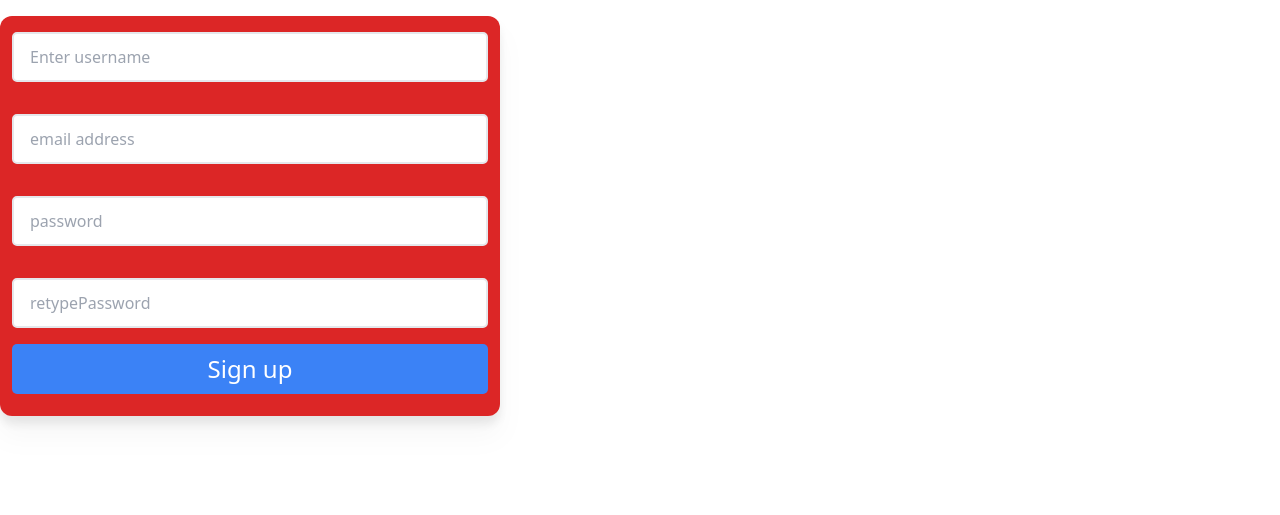
Repository: miraclesamson/e-commerce
Page: /
An editor plug-in stored every save of this project. The page is shown before and after the next save, followed by the edit.
The browser window is 1280 px wide. The pictures show the whole page.
The page's requests for data from a server got no answer. Some web libraries are served in a nearby version. The project was rebuilt for these pictures with package versions that can differ from the ones it lists, and the page was loaded fresh each time. No one was signed in, and anything a server would have sent is missing.

Above is the page before, as saved 2022-09-04 07:27:16.

After the next save:
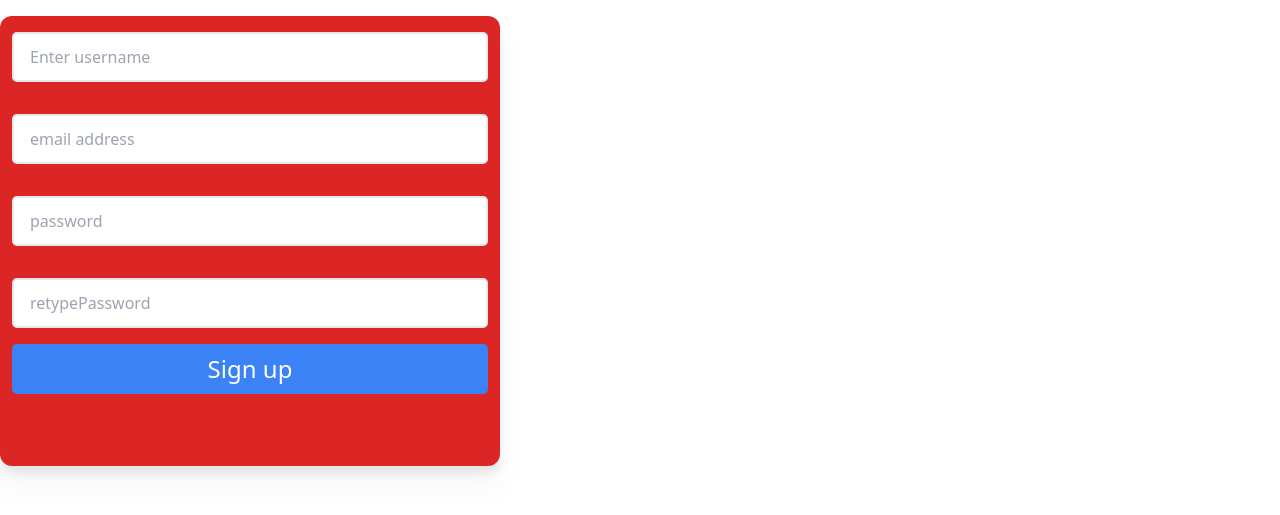
Saved 20 s later.
--- a/src/pages/Signup.jsx
+++ b/src/pages/Signup.jsx
@@ -63,7 +63,7 @@ function Signup() {
   });
 
   return (
-    <div className="bg-red-600 w-[500px] h-[400px] drop-shadow-xl rounded-xl px-3">
+    <div className="bg-red-600 w-[500px] h-[450px] drop-shadow-xl rounded-xl px-3">
       <form onSubmit={formik.handleSubmit} className="w-full">
         <div className="mb-4 mt-4">
           <input
